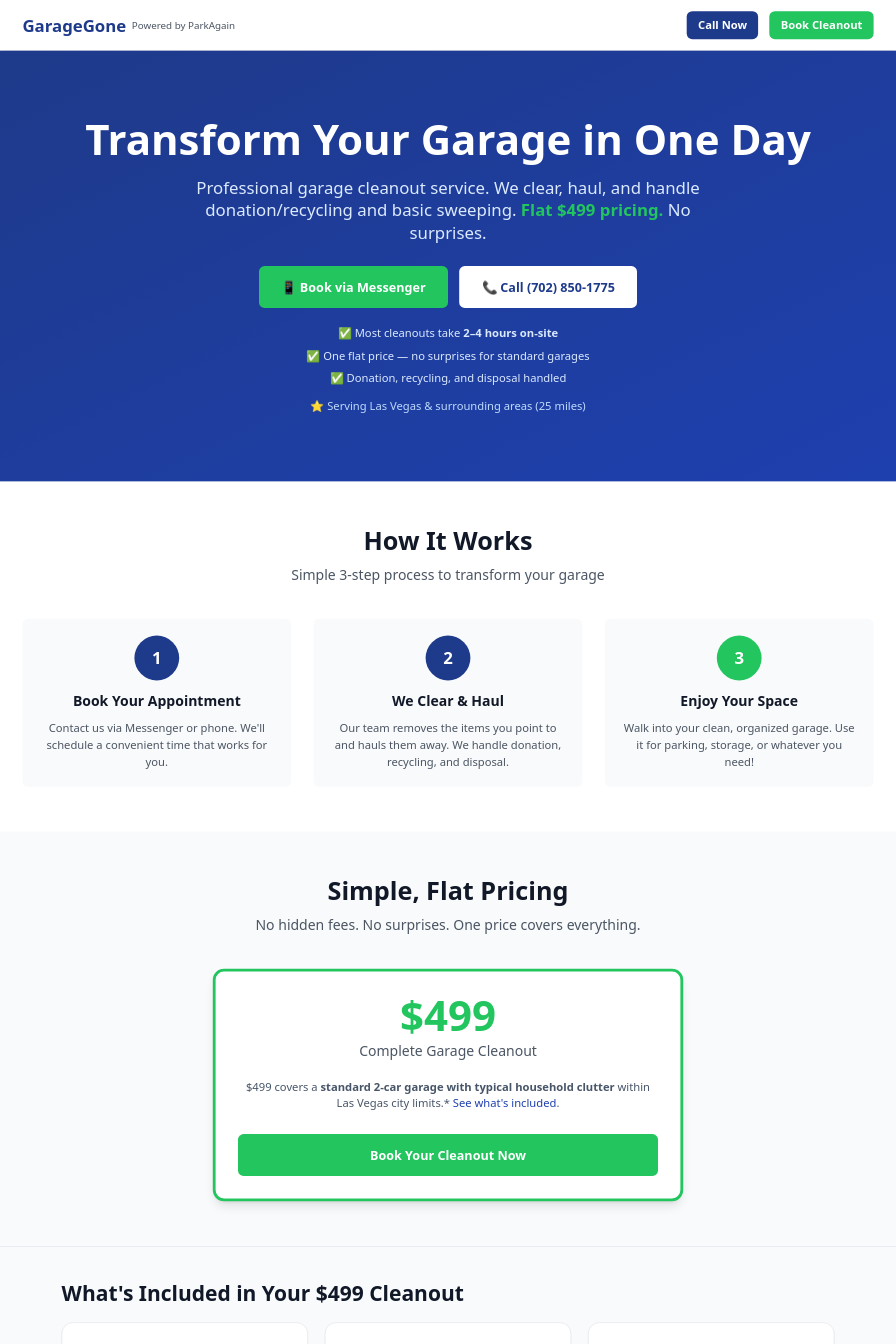
Repository: nikwhite1169/garagegone
Page: index.html
An editor plug-in stored every save of this project. The page is shown before and after the next save, followed by the edit.
The browser window is 1280 px wide. The pictures show the part of the page from y = 0 to 1920 px (the page is 5333 px tall before and 5429 px after), at 70% of full size.
Some web libraries are served in a nearby version.

Above is the page before, as saved 2025-09-16 00:24:53.

After the next save:
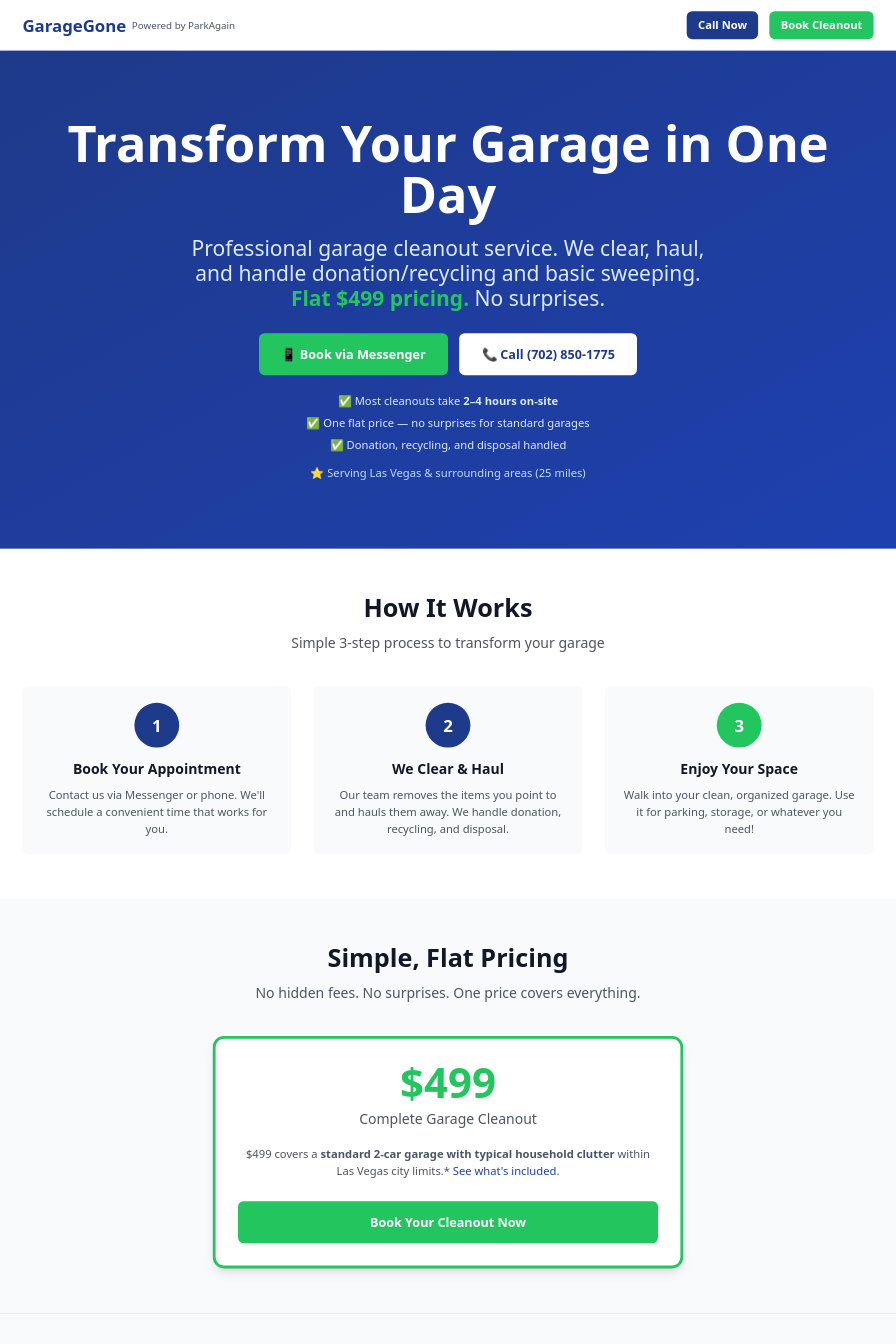
Saved 5 min 31 s later.
--- a/index.html
+++ b/index.html
@@ -153,10 +153,10 @@
     <section class="bg-gradient-to-br from-brand-blue to-blue-800 text-white py-16 md:py-24">
         <div class="max-w-7xl mx-auto px-4 sm:px-6 lg:px-8">
             <div class="text-center fade-in-up">
-                <h2 class="text-4xl md:text-6xl font-bold mb-6">
+                <h2 class="text-4xl md:text-7xl font-bold mb-6">
                     Transform Your Garage in One Day
                 </h2>
-                <p class="text-xl md:text-2xl mb-8 text-blue-100 max-w-3xl mx-auto">
+                <p class="text-xl md:text-3xl mb-8 text-blue-100 max-w-3xl mx-auto">
                     Professional garage cleanout service. We clear, haul, and handle donation/recycling and basic sweeping.
                     <strong class="text-brand-green">Flat $499 pricing.</strong> No surprises.
                 </p>
